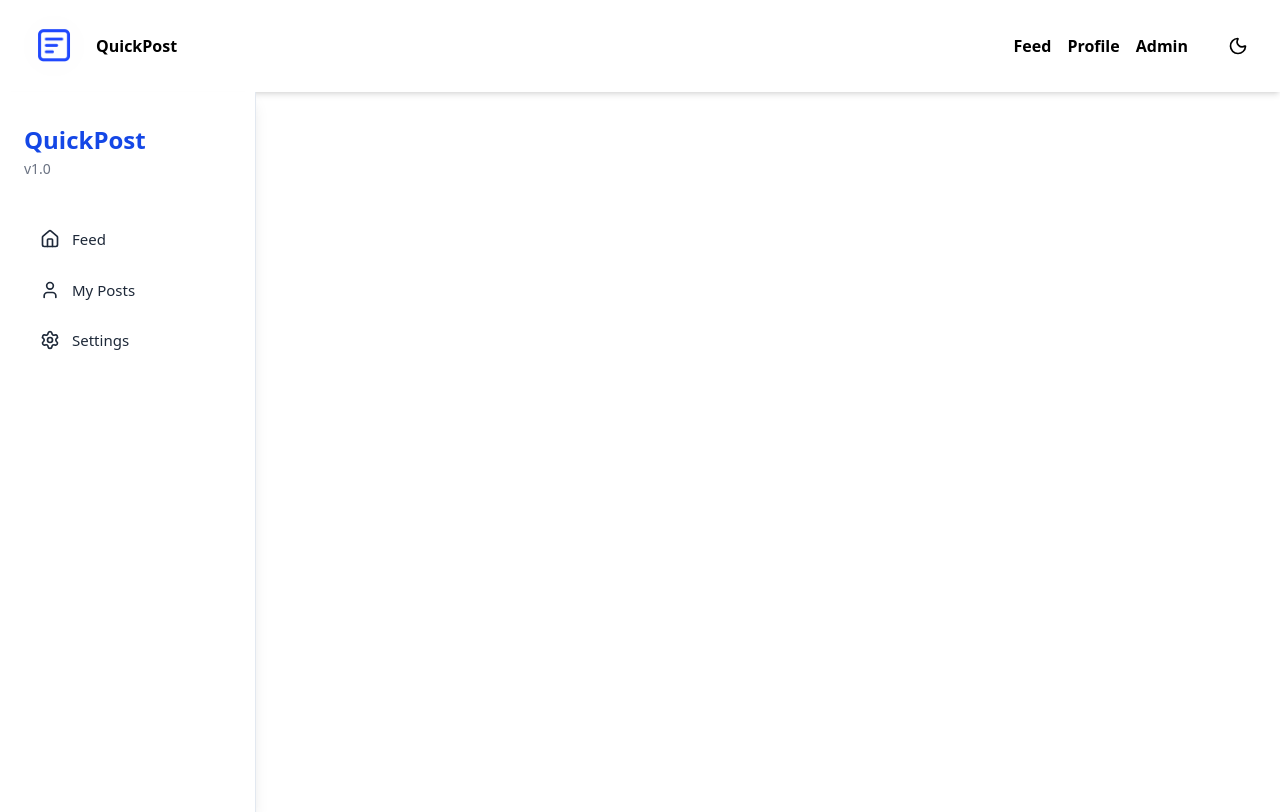
Repository: keith212005/quickpost
Page: /
The author's editor kept a copy of each file at every save. The page is drawn from the files as they stood at one save, then again after the next save.
The browser window is 1280 px wide. The pictures show the whole page.
The project was rebuilt for these pictures with package versions that can differ from the ones it lists, and the page was loaded fresh each time. The framework's server and built-in components were replaced by stand-ins that run in the browser. Also part of the build but not shown: next.config.ts.

Above is the page before, as saved 2025-05-02 18:19:53.

After the next save:
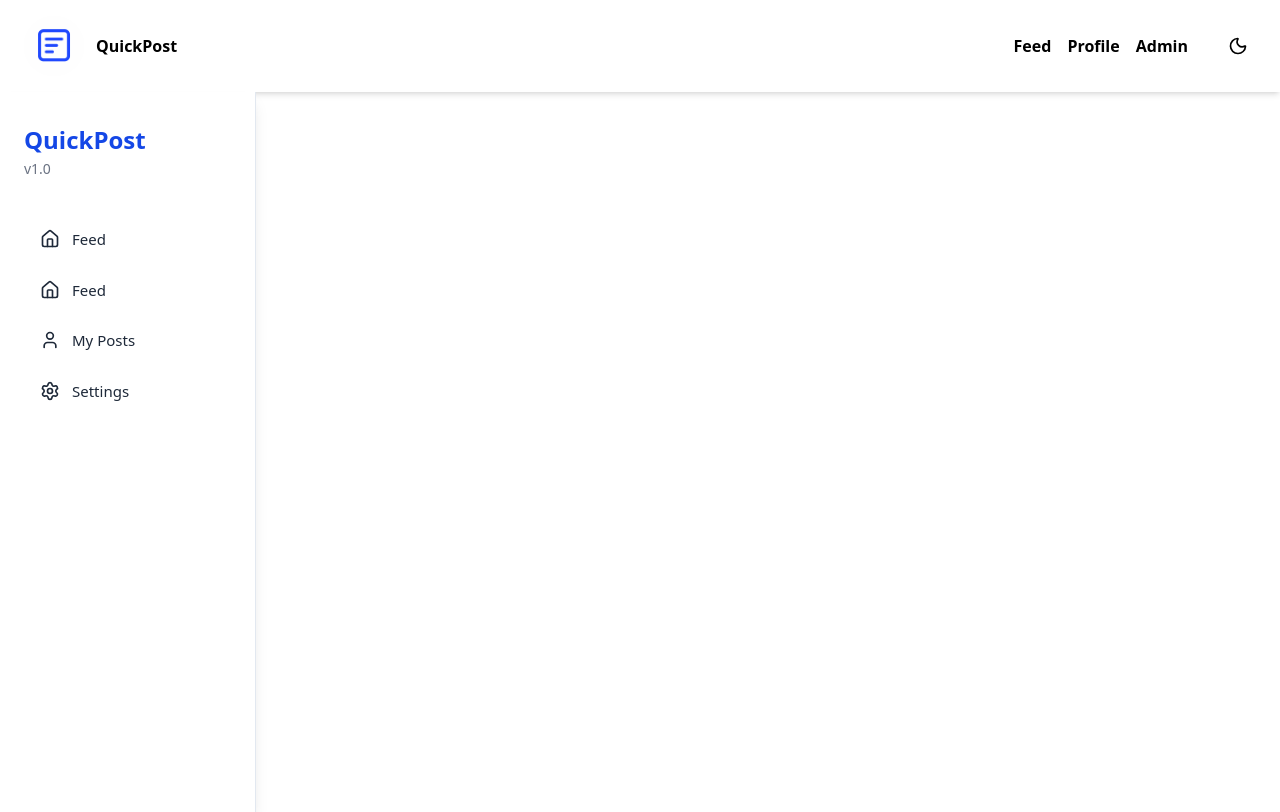
Saved 6 s later.
--- a/src/components/layout/SideBar.tsx
+++ b/src/components/layout/SideBar.tsx
@@ -20,6 +20,10 @@ export default function Sidebar() {
           <ThemedIcon Icon={Home} />
         </SideBarLink>
 
+        <SideBarLink href='/dashboard' label='Feed'>
+          <ThemedIcon Icon={Home} />
+        </SideBarLink>
+
         <Link
           href='/profile'
           className='flex items-center gap-3 rounded-lg px-4 py-2 transition hover:bg-blue-50'
